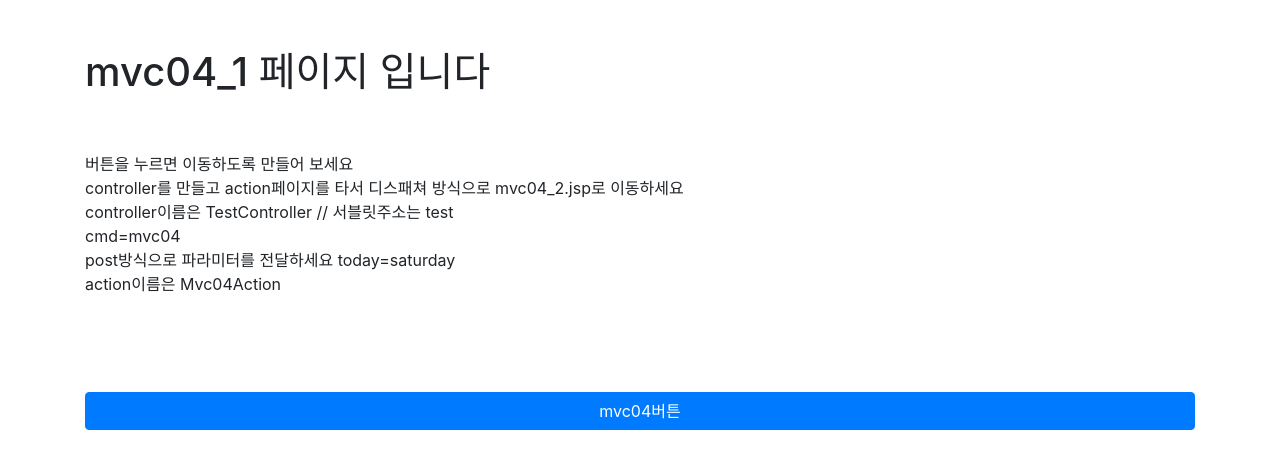
Repository: jaybon1/clone1
Page: http://localhost/sat0613/mvc06_1.jsp
These files come from the project's save history. The page is drawn as it stood at one moment and after the next save; the edit follows.
The browser window is 1280 px wide. The pictures show the whole page.
The page is served by Tomcat 9.

Above is the page before, as saved 2020-06-10 16:33:12.

After the next save:
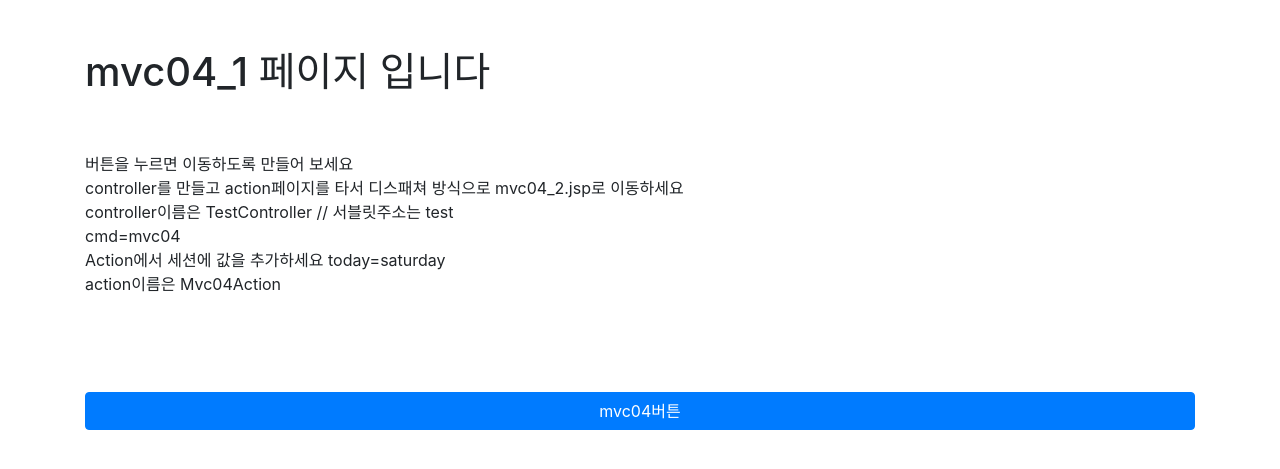
Saved 43 s later.
--- a/sat0613/WebContent/mvc06_1.jsp
+++ b/sat0613/WebContent/mvc06_1.jsp
@@ -20,7 +20,7 @@
 		<div> controller를 만들고 action페이지를 타서 디스패쳐 방식으로 mvc04_2.jsp로 이동하세요</div>
 		<div> controller이름은 TestController // 서블릿주소는 test</div>
 		<div> cmd=mvc04</div>
-		<div> post방식으로 파라미터를 전달하세요 today=saturday</div>
+		<div> Action에서 세션에 값을 추가하세요  today=saturday</div>
 		<div> action이름은 Mvc04Action</div>
 		<br/>
 		<br/>
